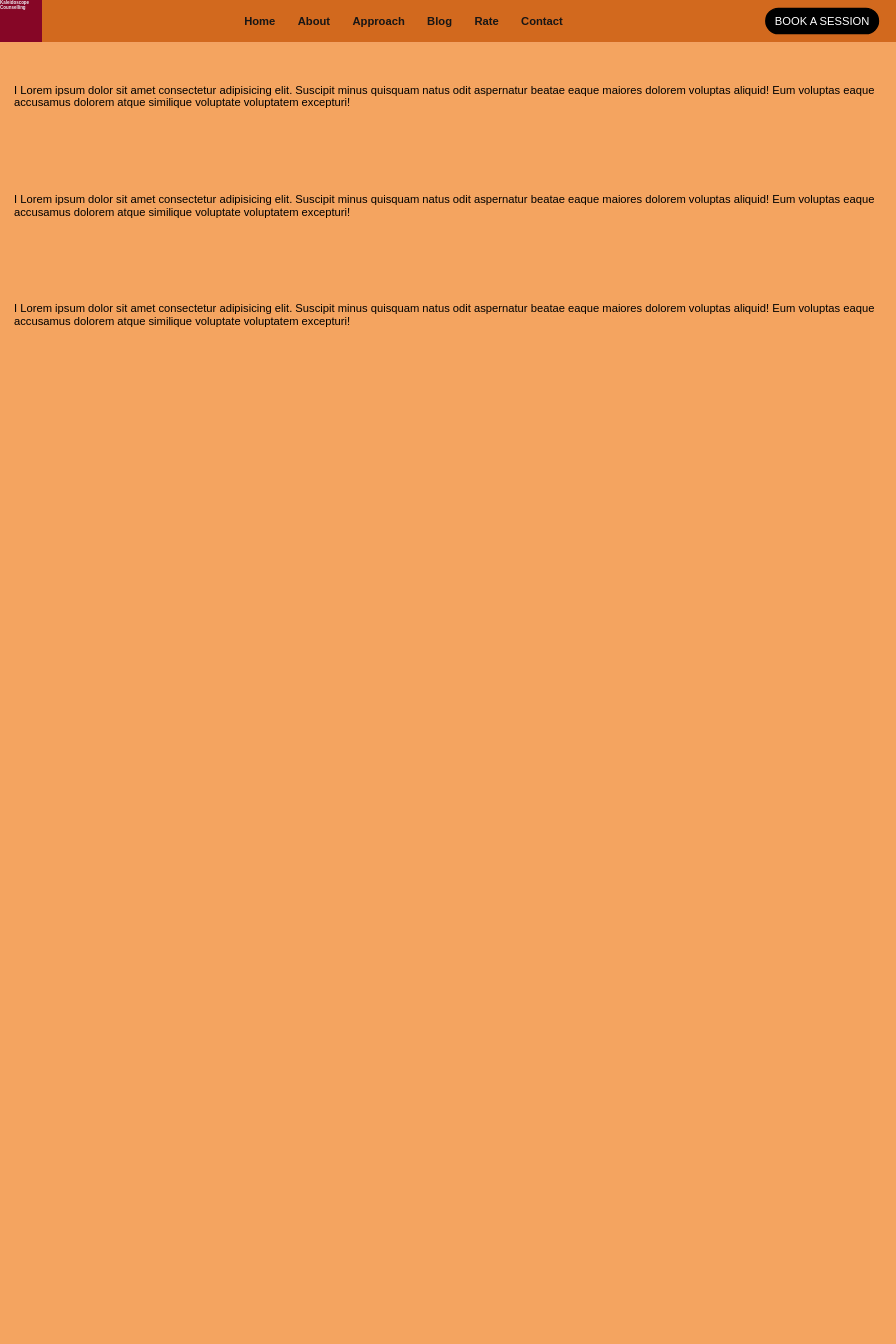
Repository: voutadi/Project1
Page: index.html
These files come from the project's save history. The page is drawn as it stood at one moment and after a run of saves; the edit follows.
The browser window is 1280 px wide. The pictures show the part of the page from y = 0 to 1920 px (the page is 3120 px tall), at 70% of full size.

Above is the page before, as saved 2024-11-24 21:10:44.

### index.html
<!DOCTYPE html>
<html lang="en">
  <head>
    <meta charset="UTF-8" />
    <meta name="viewport" content="width=device-width, initial-scale=1.0" />
    <link rel="stylesheet" href="styles/style.css" />

    <title>Kaleidoscope Counselling</title>
  </head>
  <body>

    <header class="flex">

      <div class="logo-container">
        <div class="logo">
          Kaleidoscope <br />
          Counselling
        </div>
      </div>
      <nav class="navbar">
        <ul>
          <li><a href="#home">Home</a></li>
          <li><a href="https://www.psychologytoday.com/ca/therapists/ava-outadi-port-moody-bc/1111563" target="_blank">About</a></li>
          <li><a href="#approach">Approach</a></li>
          <li><a href="#blog">Blog</a></li>
          <li><a href="#rate">Rate</a></li>
          <li><a href="#contact">Contact</a></li>
        </ul>
      </nav>

      <button>BOOK A SESSION</button>
    </header>

    <p>
      I Lorem ipsum dolor sit amet consectetur adipisicing elit. Suscipit minus
      quisquam natus odit aspernatur beatae eaque maiores dolorem voluptas
      aliquid! Eum voluptas eaque accusamus dolorem atque similique voluptate
      voluptatem excepturi!
    </p>
    <p>
      I Lorem ipsum dolor sit amet consectetur adipisicing elit. Suscipit minus
      quisquam natus odit aspernatur beatae eaque maiores dolorem voluptas
      aliquid! Eum voluptas eaque accusamus dolorem atque similique voluptate
      voluptatem excepturi!
    </p>
    <p>
      I Lorem ipsum dolor sit amet consectetur adipisicing elit. Suscipit minus
      quisquam natus odit aspernatur beatae eaque maiores dolorem voluptas
      aliquid! Eum voluptas eaque accusamus dolorem atque similique voluptate
      voluptatem excepturi!
    </p>
  </body>
</html>

### styles/style.css
* {
  margin: 0;
  padding: 0;
  box-sizing: border-box;
}
body {
  background-color: rgb(244,164,96);
  height: 3000px;
  font-family: Arial, Helvetica, sans-serif;
  font-size: 1rem;
}
header {
  max-width: 100%; /*Make sure Take all of her parent element(body)on all different devices .*/
  height: 60px;
  position: fixed;
  top: 0;
  left: 0;
  right: 0;
  background-color: rgb(210,105,30);
  display: flex;
  justify-content: space-between;
  align-items: center;

  box-shadow: 0 2px 4px rgba(243, 172, 172, 0.15); /* Adds a subtle shadow for depth, optional */
}
.logo-container {
  width: 60px;; /* Put condition for smaller or biger divice*/
  background-color: rgb(134, 6, 38);
  height: 60px;
}
.logo {
  color: rgb(239, 236, 243);
  font-size: 0.4rem;
  font-weight: bold;
}

.navbar ul {
  display: flex;
  flex: 1;
  justify-content: center;
  list-style-type: none;
  flex-wrap: wrap;
}
.navbar li {
  margin: 1rem;
}
.navbar a {
  font-size: 1rem;
  color: rgb(23, 22, 22);
  font-weight: 700;

  text-decoration: none;
}
.navbar a:hover {
  background-color: rgb(184, 175, 175);
  padding: 5px 10px;
  border-radius: 16px;
  transition: 0.15s;
}

.navbar a:active {
  background-color: rgb(166, 162, 162);
  padding: 10px 10px;
  border-radius: 16px;
  transition: 0.15s;

}

button {
  background-color: black;
  color: white;

  font-size: 1rem;
  padding: 8px 12px;
  margin-right: 1.5rem;
  border-width: 2px;
  border-style: solid;
  border-radius: 20px;
  cursor: pointer;
}
button:hover {
  background-color: white;
  color: black;
  transition: 0.15s;
  padding: 12px 18px;
}
button:active {
  padding: 18px 24px;
}
p {
  margin-top: 120px;
  margin-left: 20px;
}
@media (max-width: 380px) {
  body {
    font-size: 0.4rem;/* Smaller font size */

  }
  button {
    font-size: 0.4rem;
    padding: 2px;
    margin-right: 0.4rem;
    border-radius: 8px;
  }
  button:hover {
    font-size: 0.4rem;
    padding: 2px;
  }
  button:active {
    padding: 3px;
  }
  .navbar li {
    margin: 0.2rem;
  }
  .navbar a {
    font-size: 0.5rem;
    margin: 0.2rem ;
  }
}


@media (max-width: 600px) {
  body {
    font-size: 0.5rem;
  } /* Smaller font size */
  button {
    font-size: 0.5rem;
    padding: 2px 4px;
    margin-right: 0.5rem;
    border-radius: 10px;
  }
  button:hover {
    font-size: 0.5rem;
    padding: 2px;
  }
  button:active {
    padding: 3px;
  }
  .navbar li {
    margin: 0.3rem;
  }
  .navbar a {
    font-size: 0.6rem;
  }
}
@media (min-width: 601px) and (max-width: 900px) {
  body {
    font-size: 0.75rem;
  } /* Smaller font size */
  button {
    font-size: 0.75rem;
    padding: 2px 4px;
    margin-right: 0.75rem;
    border-radius: 10px;
  }
  button:hover {
    font-size: 0.75rem;
    padding: 2px;
  }
  button:active {
    padding: 3px;
  }
  .navbar li {
    margin: 0.5rem;
  }
  .navbar a {
    font-size: 0.8rem;
  }
}

After the next 2 saves:
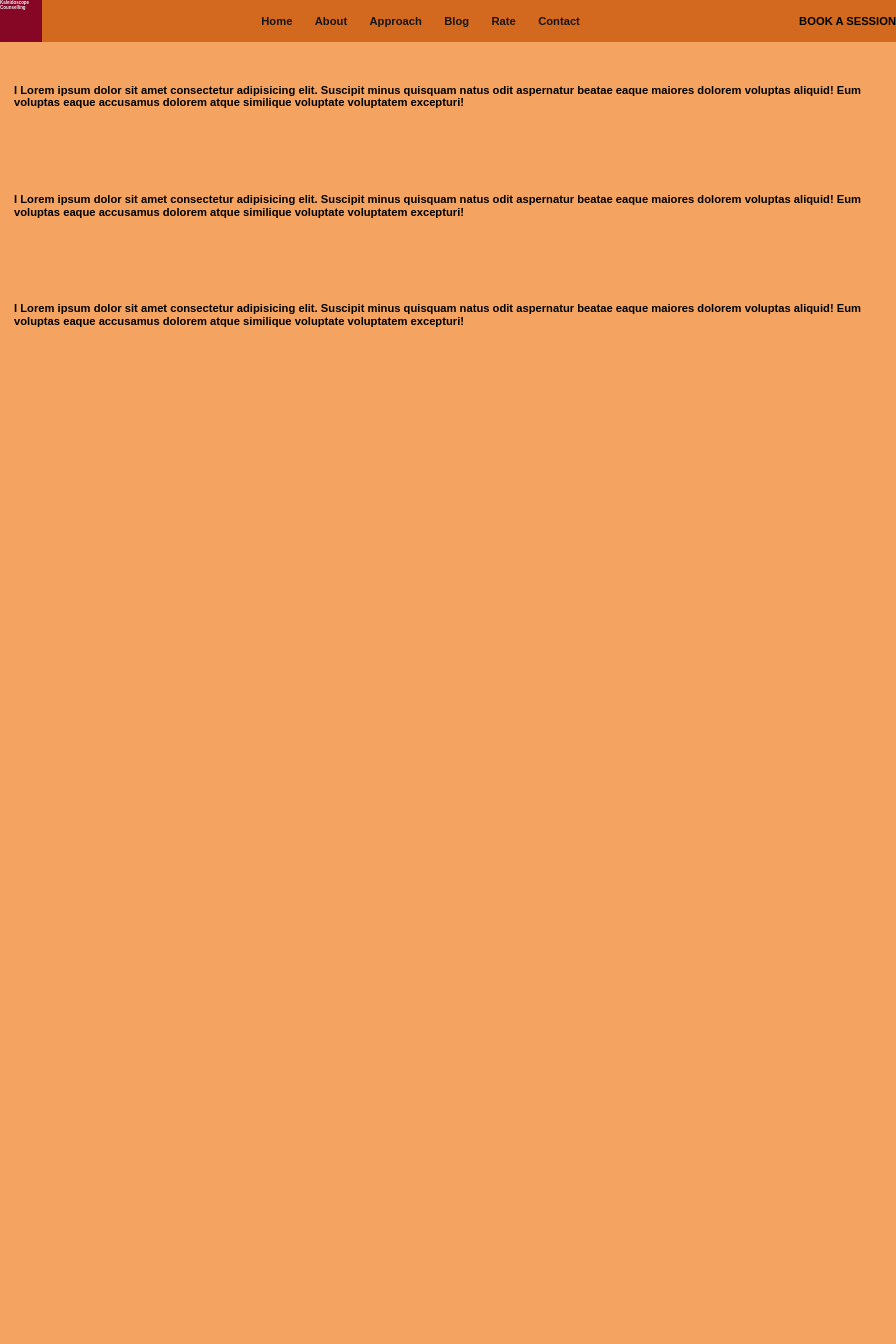
The 2 saves are shown as one change because they came seconds apart.
The last was saved 11 s later.
--- a/index.html
+++ b/index.html
@@ -27,7 +27,7 @@
           <li><a href="#contact">Contact</a></li>
         </ul>
       </nav>
-
+      <b
       <button>BOOK A SESSION</button>
     </header>
 

After the 3 saves that followed:
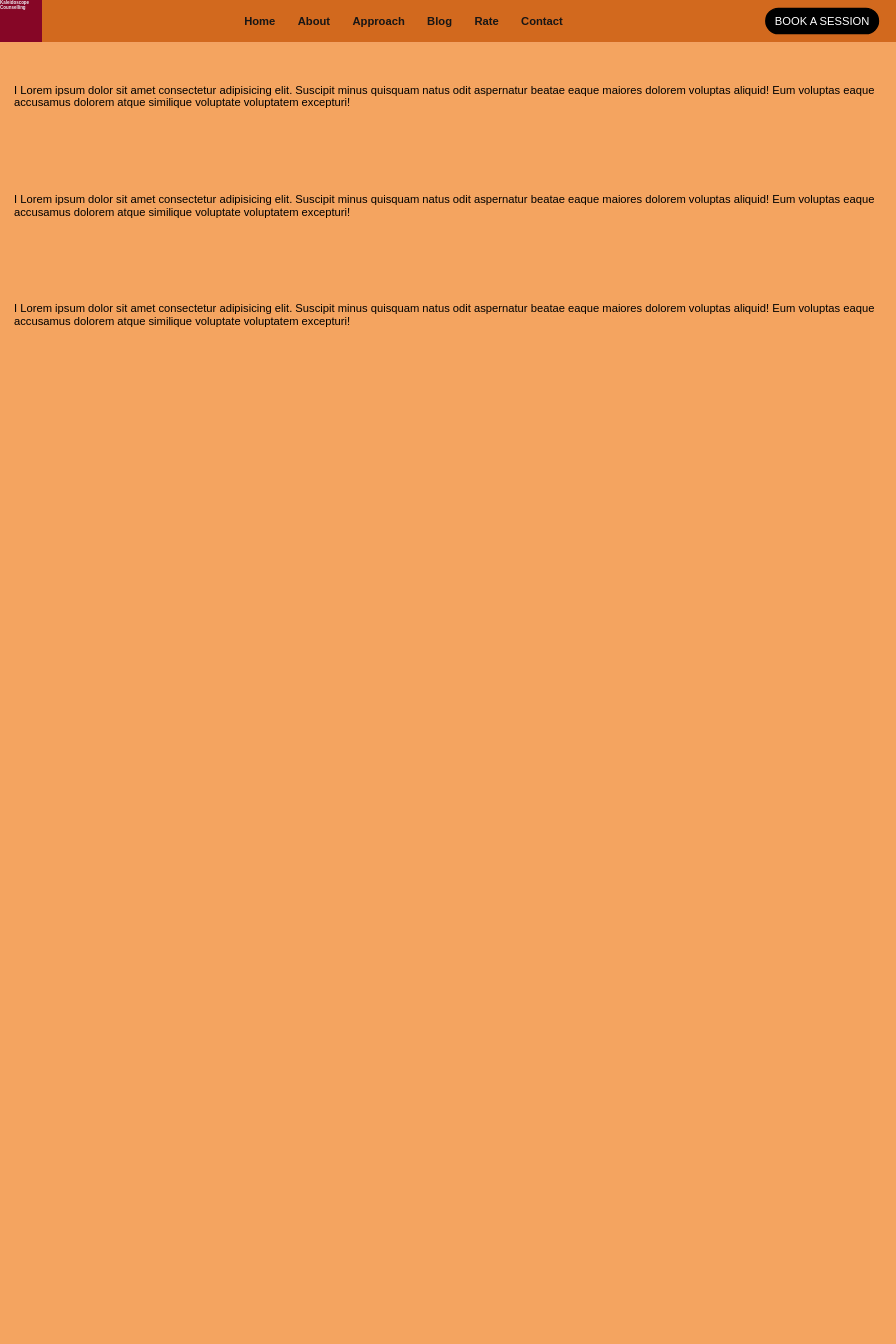
The 3 saves are shown as one change because they came seconds apart.
The last was saved 9 s later.
--- a/index.html
+++ b/index.html
@@ -27,7 +27,7 @@
           <li><a href="#contact">Contact</a></li>
         </ul>
       </nav>
-      <b
+      <button
       <button>BOOK A SESSION</button>
     </header>
 
